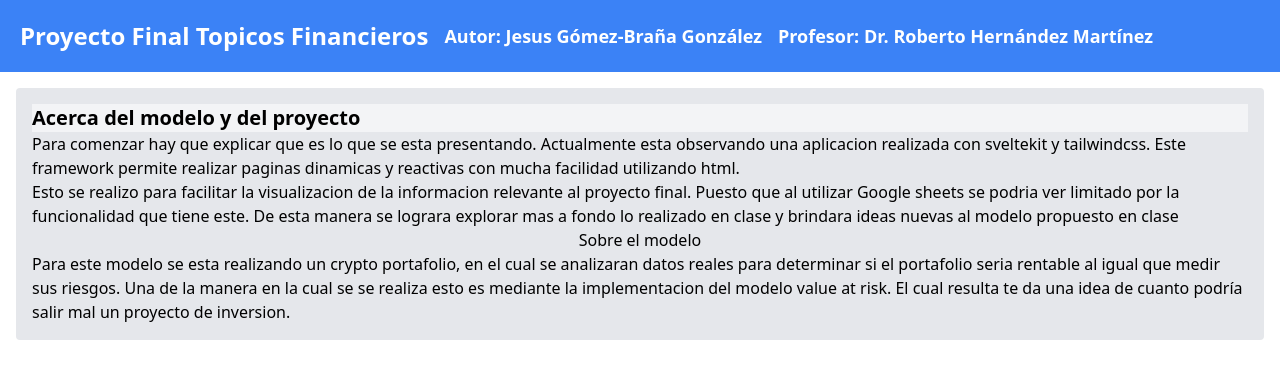
Repository: SistemaACT/Portafolio
Page: /
These files come from the project's save history. The page is drawn as it stood at one moment and after the next save; the edit follows.
The browser window is 1280 px wide. The pictures show the whole page.
The project was rebuilt for these pictures with package versions that can differ from the ones it lists, and the page was loaded fresh each time. The framework's server and built-in components were replaced by stand-ins that run in the browser. Also part of the build but not shown: svelte.config.js, vite.config.ts.

Above is the page before, as saved 2024-07-07 00:28:44.

### src/routes/+page.svelte
<div class="w-full bg-blue-500 text-white p-5 text-2xl font-bold flex items-center  space-x-4 ">
    <h1>
        Proyecto Final Topicos Financieros
    </h1>
    <p class="text-lg">Autor: Jesus Gómez-Braña González</p>
    <p class="text-lg">Profesor: Dr. Roberto Hernández Martínez</p>

</div>

<div class="bg-gray-200 rounded p-4 flex flex-col items-center m-4">
    <h2 class="w-full bg-gray-100 text-xl font-bold">Acerca del modelo y del proyecto</h2>
    <p>
        Para comenzar hay que explicar que es lo que se esta presentando. Actualmente
        esta observando una aplicacion realizada con sveltekit y tailwindcss. Este framework permite
        realizar paginas dinamicas y reactivas con mucha facilidad utilizando html.
    </p>
    <p>
        Esto se realizo para facilitar la visualizacion de la informacion relevante al proyecto final.
        Puesto que al utilizar Google sheets se podria ver limitado por la funcionalidad que tiene este.
        De esta manera se lograra explorar mas a fondo lo realizado en clase y brindara ideas nuevas al modelo
        propuesto en clase
    </p>
    <h3>Sobre el modelo</h3>
    <p>
        Para este modelo se esta realizando un crypto portafolio, en el cual se analizaran datos reales para
        determinar si el portafolio seria rentable al igual que medir sus riesgos. Una de la manera en la cual se
        se realiza esto es mediante la implementacion del modelo value at risk. El cual resulta te da una idea de cuanto podría salir mal un proyecto de inversion.
    </p>
</div>

Loaded but not shown: src/app.html (common file); src/routes/+layout.svelte (common file); src/app.css (common file); tailwind.config.js (common file)

After the next save:
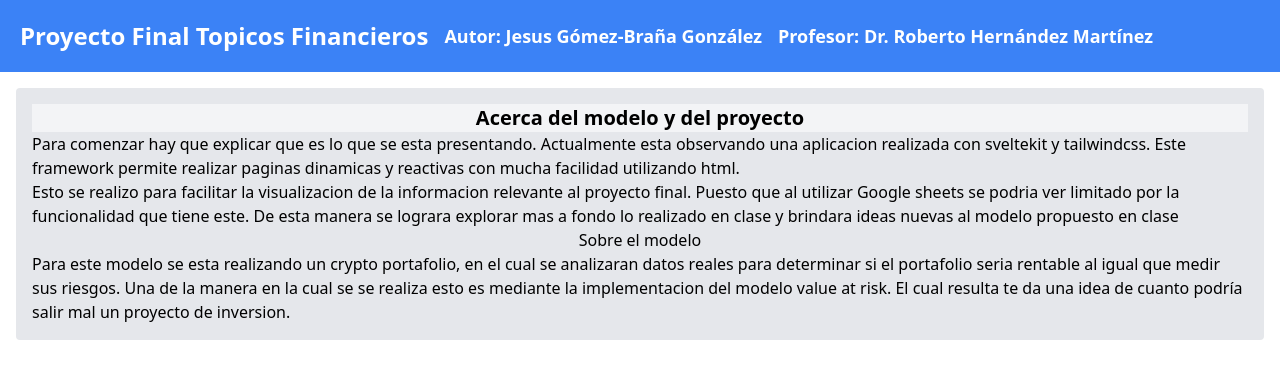
Saved 4 s later.
--- a/src/routes/+page.svelte
+++ b/src/routes/+page.svelte
@@ -8,7 +8,7 @@
 </div>
 
 <div class="bg-gray-200 rounded p-4 flex flex-col items-center m-4">
-    <h2 class="w-full bg-gray-100 text-xl font-bold">Acerca del modelo y del proyecto</h2>
+    <h2 class="w-full bg-gray-100 text-xl font-bold text-center">Acerca del modelo y del proyecto</h2>
     <p>
         Para comenzar hay que explicar que es lo que se esta presentando. Actualmente
         esta observando una aplicacion realizada con sveltekit y tailwindcss. Este framework permite
